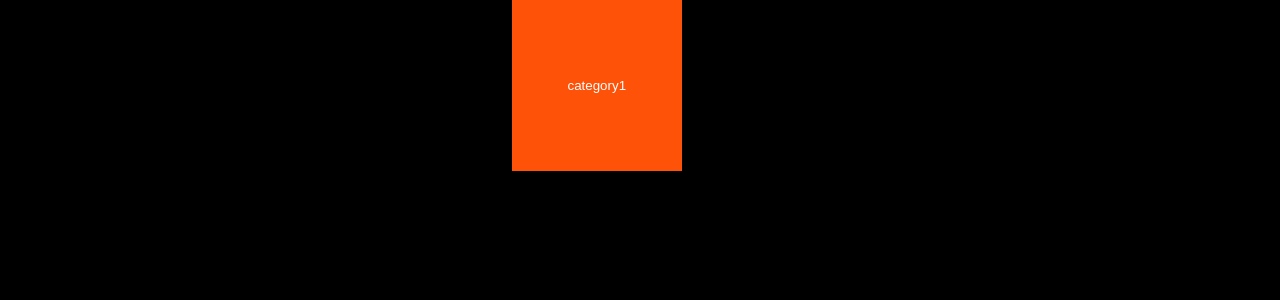
Repository: drumsmanku/react-capstone-project-2
Page: /categories
An editor plug-in stored every save of this project. The page is shown before and after the next save, followed by the edit.
The browser window is 1280 px wide. The pictures show the whole page.
Some web fonts or font styles are not loaded; a fallback is used. The project was rebuilt for these pictures with package versions that can differ from the ones it lists, and the page was loaded fresh each time. Also part of the build but not shown: src/components/RegistrationPage.js, src/components/SubmitSuccess.js.

Above is the page before, as saved 2023-05-22 21:22:18.

### src/index.css
body,html{
  padding: 0;
  margin: 0;
}

### src/App.js
import './App.css';
import RegistrationPage from './components/RegistrationPage';
import SubmitSuccess from './components/SubmitSuccess';
import CategoriesPage from './components/CategoriesPage';
import { BrowserRouter as Router, Route, Routes} from 'react-router-dom';
function App() {
  const categories=['category1' ];
  const colors=['#FF5209']
  return (
    <div className='App'>
      <Router>
        <Routes>
          <Route path='/' element={<RegistrationPage />}/>
          <Route path='/success' element={<SubmitSuccess/>}/>
          <Route path='/categories' element={<CategoriesPage categories={categories} backgroundcolor={colors} />}/>
        </Routes>
      </Router>
    </div>
  );
}

export default App;

### src/App.css
.App {
  margin: 0;
  padding: 0;

}

### src/components/CategoriesPage.js
import React from 'react'
import './CategoriesPage.css'

function CategoriesPage(props) {
  const{categories, backgroundcolor}=props
  return (
    <div className='container'>
      <div className='first-container'>

      </div>
      <div className='second-container'>
        {categories.map((category, index)=>(
          <button style={{border:'none', background:'none',color:'white', backgroundColor:backgroundcolor, height:'10.68rem', width:'10.6rem'}} key={index}>{category}</button>
        ))}
      </div>
    </div>
  )
}

export default CategoriesPage

### src/components/RegistrationPage.css
@import url('https://fonts.googleapis.com/css2?family=Roboto:wght@900&display=swap');
@import url('https://fonts.googleapis.com/css2?family=Single+Day&display=swap');
@import url('https://fonts.googleapis.com/css2?family=DM+Sans&display=swap');
.reg-page{
  background-image: url('../Assets/back1.png');
  background-size: 50% 120%;
  background-repeat: no-repeat;
  height: 100vh;

  background-color: black;
  display: flex;
}
.first-div{
  font-family:'Roboto';
  color: white;
  width: 50%;
  height: 100vh;
  display: flex;
  justify-content: center;
  position: relative;
}
.first-first-div{
  width: 70%;
  position: absolute;
  bottom: 4.5rem;
}
.first-first-div h1{
  font-size: 3rem;
  padding: 0;
  margin: 0;
}
.second-div{
  height: inherit;
  width: 50%;
  display: flex;
  flex-direction: column;
  justify-content: center;
  align-items: center;
  color: white;
}
.second-div h1{
  font-family: 'Single Day';
  font-size: 3.3rem;
  color: #72DB73;
  font-weight: 400;
  margin: 0;
}
.second-div h4{
  font-family: 'DM Sans';
  font-weight: 200;
  margin-bottom: 2rem;
  margin-top: 1rem;
  font-size: 1.1rem;
}
form{
  display: flex;
  flex-direction: column;
}
form input[type=text]{
  margin: 0.7rem;
  width: 23rem;
  height: 2.9rem;
  border: none;
  background-color: #292929;
  border-radius: 0.1rem;
  font-family: 'DM Sans';
}
form input[type=number]{
  margin: 0.7rem;
  width: 23rem;
  height: 2.9rem;
  border: none;
  background-color: #292929;
  border-radius: 0.1rem;
  font-family: 'DM Sans';

}
form input[type=email]{
  margin: 0.7rem;
  width: 23rem;
  height: 2.9rem;
  border: none;
  background-color: #292929;
  border-radius: 0.1rem;
  font-family: 'DM Sans';
}

form input::placeholder{
  padding-left: 0.9rem;
  font-size: 1rem;
}
.checkbox1{
  width: 100%;
  display: flex;
  padding-left: 0.5rem;
  font-family: 'DM Sans';
  margin: 1.6rem 0 1.6rem 0;
  font-size: 0.9rem;
}
.checkbox1 input[type="checkbox"]{
  margin-right: 1rem;
  border: none;
  transform: scale(1.4);
}
form button{
  background-color: #72DB73;
  border: none;
  height: 3rem;
  width: 23rem;
  border-radius: 2.2rem;
  font-size: 1.4rem;
  font-family: 'DM Sans';
  font-weight: 600;
  color: white;
  letter-spacing: 0.2rem;
}

### src/components/CategoriesPage.css
.container{
  display:flex;
  background-color: black;
  height: 100vh;
  width: 100%;
}
.first-container{
  height: inherit;
  width: 40%;
}

.second-container{
  height: inherit;
  width: 60%;
}

Loaded but not shown: public/index.html (common file); src/index.js (common file)

After the next save:
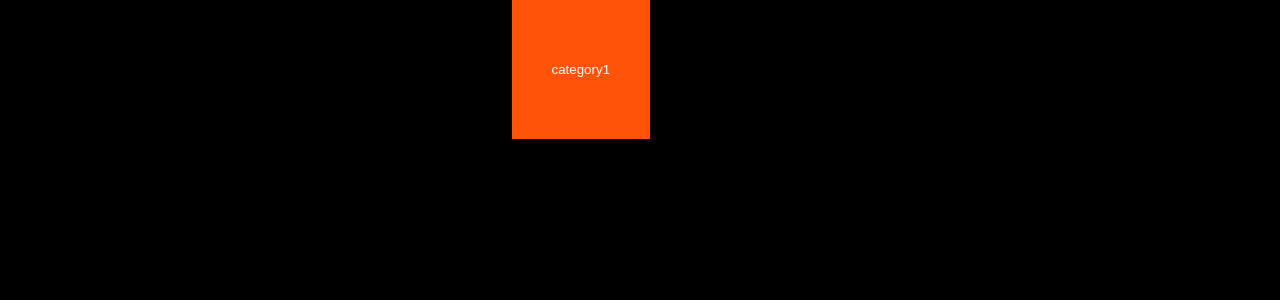
Saved 8 min 2 s later.
--- a/src/components/CategoriesPage.js
+++ b/src/components/CategoriesPage.js
@@ -10,7 +10,7 @@ function CategoriesPage(props) {
       </div>
       <div className='second-container'>
         {categories.map((category, index)=>(
-          <button style={{border:'none', background:'none',color:'white', backgroundColor:backgroundcolor, height:'10.68rem', width:'10.6rem'}} key={index}>{category}</button>
+          <button style={{border:'none', background:'none',color:'white', backgroundColor:backgroundcolor, height:'8.68rem', width:'8.6rem'}} key={index}>{category}</button>
         ))}
       </div>
     </div>
